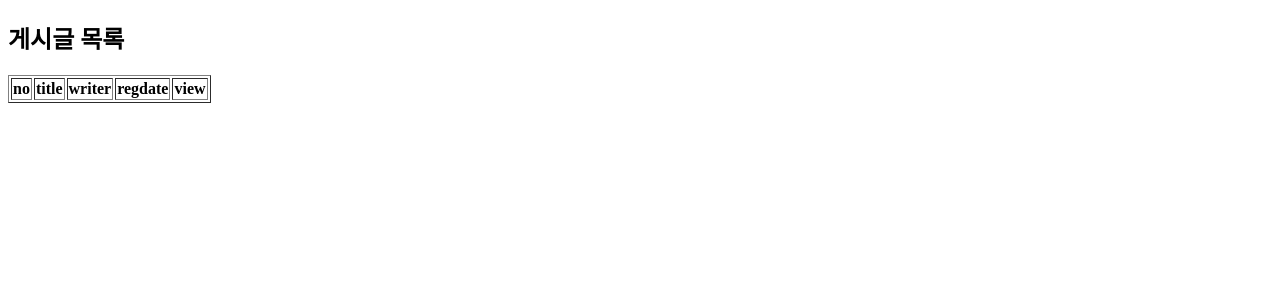
Repository: NAJIRAGI/Green-academy-edu
Page: http://localhost/gesipan/List.jsp
An editor plug-in stored every save of this project. The page is shown before and after the next save, followed by the edit.
The browser window is 1280 px wide. The pictures show the whole page.
The page is served by Tomcat 9. Other server files are loaded and not shown. Queries for data that is not in the repository find no rows.

Above is the page before, as saved 2022-09-19 05:35:36.

### eclipse-workspace/gesipan/WebContent/List.jsp
<%@ page language="java" contentType="text/html; charset=UTF-8"
	pageEncoding="UTF-8" import="gesipan.*,java.util.List"%>
<%@ taglib uri="http://java.sun.com/jsp/jstl/core" prefix="c"%>
<%@ taglib uri="http://java.sun.com/jsp/jstl/fmt" prefix="fmt" %>
<%
	gesipanDao gdao = new gesipanDao();
	List<gesipanVo> ls = gdao.selectAll();
	pageContext.setAttribute("ls", ls);
%>
<!DOCTYPE html>
<html>
<head>
<meta charset="UTF-8">
<title>Insert title here</title>
</head>
<body>
	<h2>게시글 목록</h2>
	<table border=1>
		<tr>
			<th>no</th>
			<th>title</th>
			<th>writer</th>
			<th>regdate</th>
			<th>view</th>
		</tr>
		<c:forEach var="gesipan" items="${ls}">
			<tr>
				<td>${gesipan.num}</td>
				<td><a href="${pageContext.request.contextPath}/gesipanDetail.jsp?num=${gesipan.num}">${gesipan.title}</a></td>
				<td>${gesipan.writer}</td>
				<td><fmt:formatDate value="${gesipan.regdate}" pattern="yyyy년MM월dd일 hh시mm분ss초" /></td>
				<td>${gesipan.cnt}</td>
			</tr>
		</c:forEach>
	</table>

</body>
</html>

### eclipse-workspace/gesipan/src/gesipan/gesipanDao.java
package gesipan;

import java.sql.Connection;
import java.sql.PreparedStatement;
import java.sql.ResultSet;
import java.sql.SQLException;
import java.sql.Statement;
import java.util.ArrayList;
import java.util.Date;
import java.util.List;

public class gesipanDao {
	private jdbcUtil ju;

	public gesipanDao() {
		ju = jdbcUtil.getInstance();
	}

	// #삽입 (C-create)
	public int insert(gesipanVo gvo) {
		Connection con = null;
		PreparedStatement pstmt = null;

		String query = "INSERT INTO gesipan VALUES (GESIPAN_SEQ.nextval,?,?,?,sysdate,0)";

		int ret = -1;
		try {
			con = ju.getConnection();
			pstmt = con.prepareStatement(query);
			pstmt.setString(1, gvo.getTitle());
			pstmt.setString(2, gvo.getWriter());
			pstmt.setString(3, gvo.getContent());
			ret = pstmt.executeUpdate();
		} catch (SQLException e) {
			e.printStackTrace();
		} finally {
			if (pstmt != null) {
				try {
					pstmt.close();
				} catch (SQLException e) {
					e.printStackTrace();
				}
			}

			if (con != null) {
				try {
					con.close();
				} catch (SQLException e) {
					e.printStackTrace();
				}
			}
		}

		return ret;
	}

	// #조회 (R) 전체 조회

	public List<gesipanVo> selectAll() {
		Connection con = null;
		Statement stmt = null;
		ResultSet rs = null;

		String query = "select * from gesipan";
		ArrayList<gesipanVo> ls = new ArrayList<gesipanVo>();

		try {
			con = ju.getConnection();
			stmt = con.createStatement();
			rs = stmt.executeQuery(query);

			while (rs.next()) {
				gesipanVo gvo = new gesipanVo(rs.getInt(1), rs.getString(2), rs.getString(3), rs.getString(4),
						new Date(rs.getDate(5).getTime()), rs.getInt(6));
				ls.add(gvo);

			}
		} catch (SQLException e) {
			e.printStackTrace();
		} finally {
			if (rs != null) {
				try {
					rs.close();
				} catch (SQLException e) {
					e.printStackTrace();
				}
			}
			if (stmt != null) {
				try {
					stmt.close();
				} catch (SQLException e) {
					e.printStackTrace();
				}
			}
			if (con != null) {
				try {
					con.close();
				} catch (SQLException e) {
					e.printStackTrace();
				}
			}
		}
		return ls;

	}

	// #조회(R) 하나만 조회
	public gesipanVo selectOne(int num) {
		Connection con = null;
		PreparedStatement pstmt = null;
		ResultSet rs = null;
		String query = "select * from gesipan where num = ?";
		gesipanVo gvo = null;

		try {
			con = ju.getConnection();
			pstmt = con.prepareStatement(query);
			pstmt.setInt(1, num);
			rs = pstmt.executeQuery();
			if (rs.next()) {
				gvo = new gesipanVo(rs.getInt(1), rs.getString(2), rs.getString(3), rs.getString(4),
						new Date(rs.getDate(5).getTime()), rs.getInt(6));
			}
		} catch (SQLException e) {
			e.printStackTrace();
		} finally {
			if (rs != null) {
				try {
					rs.close();
				} catch (SQLException e) {
					e.printStackTrace();
				}
			}
			if (pstmt != null) {
				try {
					pstmt.close();
				} catch (SQLException e) {
					e.printStackTrace();
				}
			}
			if (con != null) {
				try {
					con.close();
				} catch (SQLException e) {
					e.printStackTrace();
				}
			}
		}
		return gvo;
	}
	//수정
	public int update(gesipanVo gvo) {
		Connection con = null;
		PreparedStatement pstmt = null;

		String query = "update gesipan set title=?, content=?, where num =?";

		int ret = -1;
		try {
			con = ju.getConnection();
			pstmt = con.prepareStatement(query);
			pstmt.setString(1, gvo.getTitle());
			pstmt.setString(2, gvo.getWriter());
			pstmt.setInt(3, gvo.getNum());
			ret = pstmt.executeUpdate();
		} catch (SQLException e) {
			e.printStackTrace();
		} finally {
			if (pstmt != null) {
				try {
					pstmt.close();
				} catch (SQLException e) {
					e.printStackTrace();
				}
			}

			if (con != null) {
				try {
					con.close();
				} catch (SQLException e) {
					e.printStackTrace();
				}
			}
		}

		return ret;
	}
	//#삭제
	public int delete(int num) {
		Connection con = null;
		PreparedStatement pstmt = null;

		String query = "delete from gesipan where num =?";

		int ret = -1;

		try {
			con = ju.getConnection();
			pstmt = con.prepareStatement(query);
			pstmt.setInt(1, num);
			ret = pstmt.executeUpdate();
		} catch (SQLException e) {
			e.printStackTrace();
		} finally {
			if (pstmt != null) {
				try {
					pstmt.close();
				} catch (SQLException e) {
					e.printStackTrace();
				}
			}

			if (con != null) {
				try {
					con.close();
				} catch (SQLException e) {
					e.printStackTrace();
				}
			}
		}

		return ret;
	}

}

### eclipse-workspace/gesipan/src/gesipan/jdbcUtil.java
package gesipan;

import java.sql.Connection;
import java.sql.SQLException;

import javax.naming.InitialContext;
import javax.naming.NamingException;
import javax.sql.DataSource;

public class jdbcUtil {
	private static jdbcUtil instance = new jdbcUtil();
	private static DataSource ds;

	static {
		try {
			Class.forName("oracle.jdbc.OracleDriver");
			System.out.println("드라이버 로딩 완료");

			InitialContext ctx = new InitialContext();
			ds = (DataSource)ctx.lookup("java:comp/env/jdbc/myOracle");
			System.out.println("Connection Pool 생성");
		}catch (ClassNotFoundException e) {
			e.printStackTrace();
		}catch (NamingException e) {
			e.printStackTrace();
		}
	}

	private jdbcUtil() {}

	public static jdbcUtil getInstance() {
		return instance;
	}
	public Connection getConnection() throws SQLException {
		return ds.getConnection();
	}

}

After the next save:
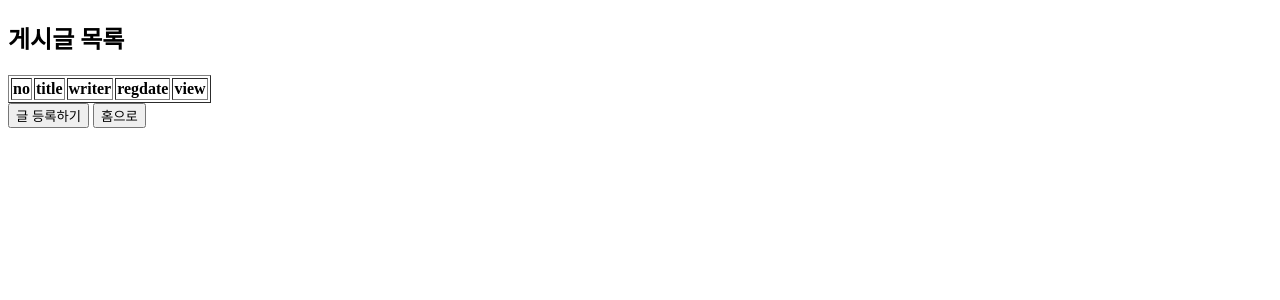
Saved 20 s later.
--- a/eclipse-workspace/gesipan/WebContent/List.jsp
+++ b/eclipse-workspace/gesipan/WebContent/List.jsp
@@ -28,11 +28,14 @@
 				<td>${gesipan.num}</td>
 				<td><a href="${pageContext.request.contextPath}/gesipanDetail.jsp?num=${gesipan.num}">${gesipan.title}</a></td>
 				<td>${gesipan.writer}</td>
-				<td><fmt:formatDate value="${gesipan.regdate}" pattern="yyyy년MM월dd일 hh시mm분ss초" /></td>
+				<td><fmt:formatDate value="${gesipan.regdate}" pattern="yyyy년MM월dd일 hh시mm분" /></td>
 				<td>${gesipan.cnt}</td>
 			</tr>
 		</c:forEach>
 	</table>
+	<a href="registForm.jsp"><button>글 등록하기</button></a>
+	<a href="index.jsp"><button>홈으로</button></a>
+
 
 </body>
 </html>
